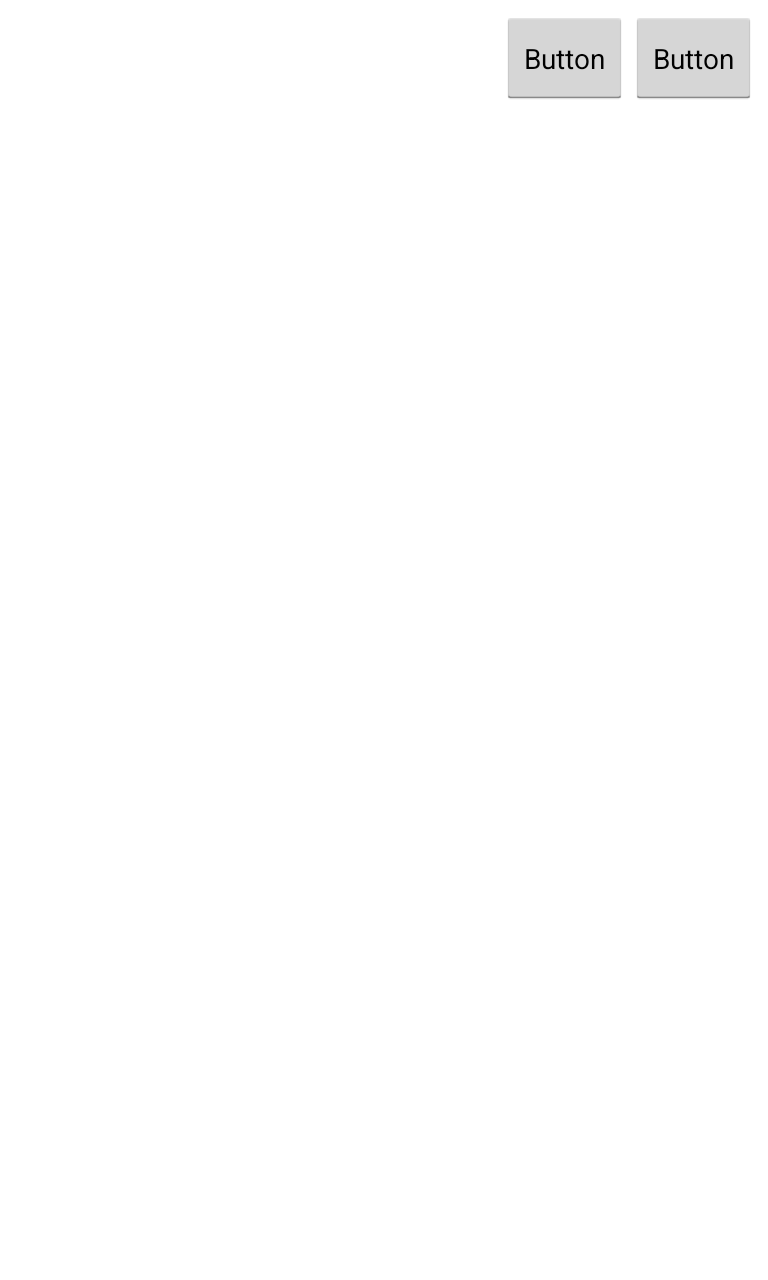
Repository: almeiduh/AndroidApps
Layout: StockQuote/res/layout/stock_quote_row.xml
An editor plug-in stored every save of this project. The layout is shown before and after the next save, followed by the edit.
It is drawn on a 768 x 1280 px phone screen (xhdpi) without system bars, with theme AppTheme; the app's code is not run.

Above is the layout before, as saved 2014-02-05 00:30:35.

### StockQuote/res/layout/stock_quote_row.xml
<?xml version="1.0" encoding="utf-8"?>
<TableRow xmlns:android="http://schemas.android.com/apk/res/android"
    android:layout_width="match_parent"
    android:layout_height="wrap_content"
    android:background="@android:color/transparent"
    android:padding="@dimen/activity_horizontal_margin">

    <TextView
        android:id="@+id/stockSymbolTextView"
        android:layout_width="wrap_content"
        android:layout_height="wrap_content"
        android:layout_span="2"
        android:layout_weight="1"
        android:textColor="@color/black"
        android:textIsSelectable="true"/>

    <Button
        android:id="@+id/stockQuoteButton"
		style="?android:attr/buttonStyleSmall"
        android:layout_width="wrap_content"
        android:layout_height="wrap_content"
        android:text="Button" />

    <Button
        android:id="@+id/quoteFromWebButton"
        android:layout_width="wrap_content"
        		style="?android:attr/buttonStyleSmall"

        android:layout_height="wrap_content"
        android:text="Button" />

</TableRow>

### StockQuote/res/values/dimens.xml
<resources>

    <!-- Default screen margins, per the Android Design guidelines. -->
    <dimen name="activity_horizontal_margin">5dp</dimen>
    <dimen name="activity_vertical_margin">5dp</dimen>
    <dimen name="stock_list_text_size">16sp</dimen>

</resources>

### StockQuote/res/values/colors.xml
<?xml version="1.0" encoding="utf-8"?>
<resources>
    <color name="aero_blue">#C9FFE5</color>
    <color name="eggshell">#F0EAD6</color>
    <color name="black">#000000</color>
    <color name="mint">#3EB489</color>
</resources>

### StockQuote/res/values/strings.xml
<?xml version="1.0" encoding="utf-8"?>
<resources>

    <string name="app_name">Get Stock Quotes</string>
    <string name="action_settings">Settings</string>
	<string name="stock_symbol">Enter Symbol</string>
	<string name="enter_stock_symbol">Enter</string>
	<string name="stock_symbol_list">Stock Symbols and Quotes</string>
	<string name="change_stock_symbol">Change</string>
	<string name="ok">OK</string>
	<string name="cancel">Cancel</string>
	<string name="missing_stock_symbol">Enter a Stock Symbol</string>
	<string name="invalid_stock_symbol">Invalid Stock Symbol</string>
	<string name="delete_all_symbols">Delete All Symbols</string>
	<string name="confirm_action">Are you sure?</string>
	<string name="get_stock_quote">Quote</string>
	<string name="go_to_website">Web</string>
	<string name="yahoo_stock_url">http://finance.yahoo.com/q?s=</string>
	<string name="stock_company_name">Company Name</string>
	<string name="stock_year_low">Year Low:</string>
	<string name="stock_year_high">Year High:</string>
	<string name="stock_days_low">Days Low:</string>
	<string name="stock_days_high">Days High:</string>
	<string name="title_activity_stock_info">StockInfoActivity</string>
	<string name="last_trade_price_only">Last Price:</string>
	<string name="change">Change:</string>
	<string name="days_range">Daily Price Range:</string>
</resources>

Loaded but not shown: StockQuote/res/values/styles.xml (common file); StockQuote/res/values-v11/styles.xml (common file); StockQuote/res/values-v14/styles.xml (common file)

After the next save:
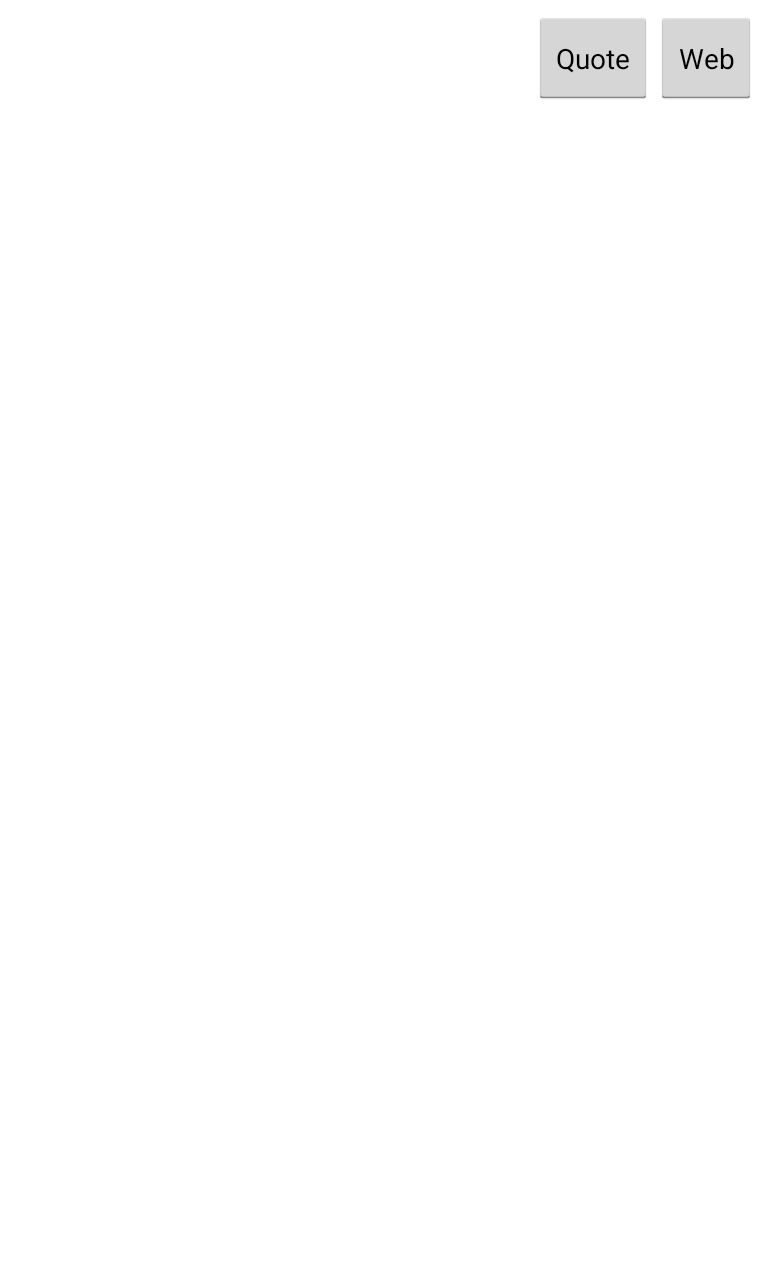
Saved 69 s later.
--- a/StockQuote/res/layout/stock_quote_row.xml
+++ b/StockQuote/res/layout/stock_quote_row.xml
@@ -19,14 +19,13 @@
 		style="?android:attr/buttonStyleSmall"
         android:layout_width="wrap_content"
         android:layout_height="wrap_content"
-        android:text="Button" />
+        android:text="@string/get_stock_quote" />
 
     <Button
         android:id="@+id/quoteFromWebButton"
         android:layout_width="wrap_content"
-        		style="?android:attr/buttonStyleSmall"
-
+        style="?android:attr/buttonStyleSmall"
         android:layout_height="wrap_content"
-        android:text="Button" />
+        android:text="@string/go_to_website" />
 
 </TableRow>
